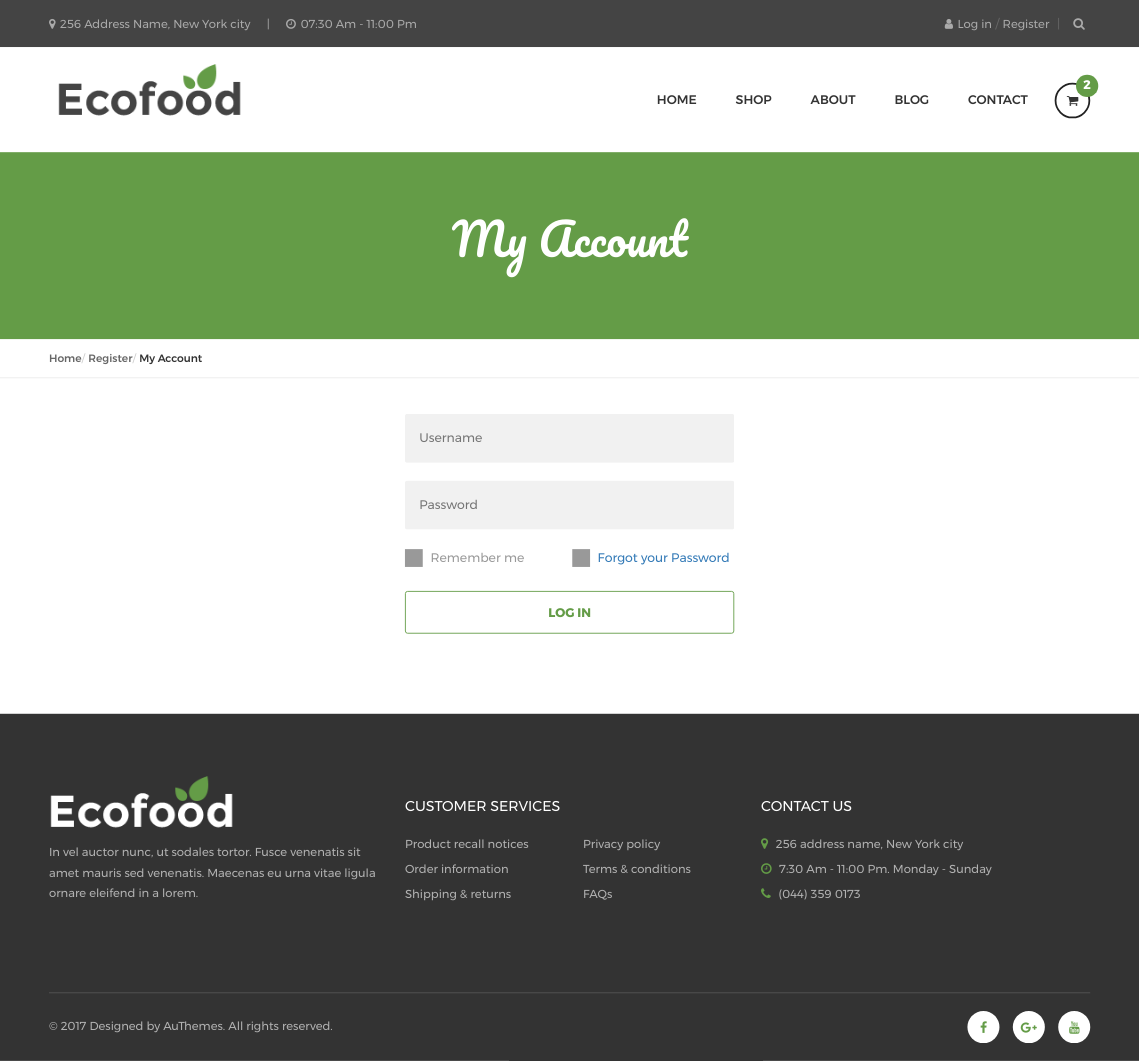
Repository: riteshyadav7878/ecofood
Page: http://localhost/login.php
These files come from the project's save history. The page is drawn as it stood at one moment and after the next save; the edit follows.
The browser window is 1280 px wide. The pictures show the whole page, at 89% of full size.
The page is run by PHP 8.4 with error messages shown; the project is at /var/www/html/. Other server files are loaded and not shown.

Above is the page before, as saved 2024-09-09 18:03:34.

### login.php
<?php
session_start();

include 'conn.php';
// If the user is already logged in, redirect them to the protected page
if (isset($_SESSION['username'])) {
    header("Location: shop-list-without-sidebar.php");
    exit();
}



// Handling form submission
if ($_SERVER["REQUEST_METHOD"] == "POST") {
    // Get form data
    $username = $conn->real_escape_string(trim($_POST['username']));
    $password = $conn->real_escape_string(trim($_POST['password']));

    // SQL query to check if the user exists
    $sql = "SELECT * FROM user WHERE username = '$username'";
    $result = $conn->query($sql);

    if ($result->num_rows > 0) {
        // Fetch user data
        $user = $result->fetch_assoc();

        // Verify password
        if (password_verify($password, $user['password'])) {
            // Set session variables
            $_SESSION['username'] = $user['username'];
            $_SESSION['user_id'] = $user['id'];

            // Redirect to a protected page (e.g., dashboard)
            header("Location: shop-list-without-sidebar.php");
            exit();
        } else {
            echo "Invalid username or password.";
        }
    } else {
        echo "Invalid username or password.";
    }
}

// Close connection
$conn->close();
?>

 <!DOCTYPE html>
<html class="no-js" lang="en">
<head>
    <meta charset="UTF-8">
    <title>Login - Ecofood HTML5 Templates</title>
    <meta name="description" content="Ecofood theme template">
    <meta name="author" content="AuCreative">
    <meta name="keywords" content="Ecofood theme template">
    <meta name="viewport" content="width=device-width, initial-scale=1">

    <link href="fonts/fonts.css" rel="stylesheet">
    <link href="vendor/font-awesome/css/font-awesome.min.css" rel="stylesheet">
    <link href="vendor/bootstrap/dist/css/bootstrap.min.css" rel="stylesheet">
    <link href="vendor/css-hamburgers/dist/hamburgers.min.css" rel="stylesheet">
    <link href="vendor/malihu-custom-scrollbar-plugin/jquery.mCustomScrollbar.css" rel="stylesheet">
    <link href="vendor/animate.css/animate.min.css" rel="stylesheet">
    <link href="css/main.css" rel="stylesheet">
    <link href="css/switcher.css" rel="stylesheet">
    <link href="css/colors/green.css" rel="stylesheet" id="colors">
    <link href="css/retina.css" rel="stylesheet">
    <link rel="shortcut icon" href="favicon.png">
    <link rel="apple-touch-icon" href="apple-touch-icon.png">
    <link rel="apple-touch-icon" sizes="72x72" href="apple-touch-icon-72x72.png">
    <link rel="apple-touch-icon" sizes="114x114" href="apple-touch-icon-114x114.png">
    <script src="js/modernizr-custom.js"></script>
</head>
<body>
    <div class="page-loader">
        <div class="loader"></div>
    </div>
    <div id="switcher">
        <!-- Switcher content here -->
    </div>
    <header>

<!--    Navbar -->



<div class="section dark-background">
<div class="container">
<div class="header-2">
<div class="header-left">
<p>
<i class="fa fa-map-marker"></i>256 Address Name, New York city
<span>|</span>
<i class="fa fa-clock-o"></i>07:30 Am - 11:00 Pm</p>
</div>
<div class="header-right">
<div class="header-login">
<a href="login.php">
<i class="fa fa-user"></i>Log in</a>
<span>/</span>
<a href="register.php">Register</a>

</div>
<span class="divider">|</span>
<div class="header-search">
<button class="fa fa-search"></button>
<div class="search-box">
<input type="text" placeholder="Search..." />
</div>
</div>
</div>
</div>
</div>
</div>

</header>

    <?php include 'Navbar.php'; ?>

    <section>
        <div class="section primary-color-background">
            <div class="container">
                <div class="p-t-70 p-b-85">
                    <div class="heading-page-1">
                        <h3>My Account</h3>
                    </div>
                </div>
            </div>
        </div>
        <div class="section border-bottom-grey">
            <div class="container">
                <div class="breadcrumb-1">
                    <ul>
                        <li><a href="index.php">Home</a></li>
                        <li><a href="register.php">Register</a></li>
                        <li><a href="login.php">My Account</a></li>

                    </ul>
                </div>
            </div>
        </div>
    </section>

    <div class="page-content p-t-40 p-b-90">
        <div class="container">
            <div class="row">
                <div class="col-md-4 col-md-push-4">
                    <div class="register-1 login-1">
                    <form class="theme-form" method="POST" action="login.php">
                        <input class="theme-input-text" type="text" name="username" placeholder="Username" required />
                        <input class="theme-input-text" type="password" name="password" placeholder="Password" required />
                        <div class="theme-checkbox">
                            <div class="item theme-input-chk">
                                <input type="checkbox" id="remember-me" name="remember-me" />
                                <label for="remember-me"></label>
                                <span>Remember me</span>
                            </div>
                            <div class="item theme-input-chk">
                                <input type="checkbox" id="forgot-password" />
                                <label for="forgot-password"></label>
                                <span><a href="forgot_password.php">Forgot your Password</a></span>
                            </div>
                        </div>
                        <button class="au-btn au-btn-border au-btn-radius btn-block btn-submit" type="submit">LOG IN</button>
                    </form>

                    </div>
                </div>
            </div>
        </div>
    </div>

    <?php include 'Footer.php'; ?>

    <div id="up-to-top">
        <i class="fa fa-angle-up"></i>
    </div>

    <script src="vendor/jquery/dist/jquery.min.js"></script>
    <script src="vendor/bootstrap/dist/js/bootstrap.min.js"></script>
    <script src="vendor/retinajs/dist/retina.min.js"></script>
    <script src="vendor/SmoothScroll/SmoothScroll.js"></script>
    <script src="js/switcher-custom.js"></script>
    <script src="js/owl-custom.js"></script>
    <script src="js/main.js"></script>
</body>
</html>

### conn.php
<?php
$servername = "localhost";  // Replace with your server details
$username = "root";         // Replace with your database username
$password = "";             // Replace with your database password
$dbname = "ecofood";  // Replace with your database name

// Create connection
$conn = new mysqli($servername, $username, $password, $dbname);

// Check connection
if ($conn->connect_error) {
    die("Connection failed: " . $conn->connect_error);
}
// echo "Connected successfully";
?>

### Footer.php
<footer>

<div class="footer-1 footer-2">
<div class="container">
<div class="row">
<div class="col-md-4 col-sm-4">
<div class="footer-introduce">
<div class="footer-logo">
<img src="images/icons/ic-logo-02.png" alt="logo ecofood" />
</div>
<div class="footer-intro">
<p>In vel auctor nunc, ut sodales tortor. Fusce venenatis sit amet mauris sed venenatis. Maecenas eu urna vitae ligula ornare eleifend in a lorem.</p>
</div>
</div>
</div>
<div class="col-md-4 col-sm-4">
<div class="footer-services">
<div class="footer-heading">
<h3>CUSTOMER SERVICES</h3>
</div>
<div class="row">
<div class="col-md-6">
<ul>
<li>
<a href="#">Product recall notices</a>
</li>
<li>
<a href="#">Order information</a>
</li>
<li>
<a href="#">Shipping & returns</a>
</li>
</ul>
</div>
<div class="col-md-6">
<ul>
<li>
<a href="#">Privacy policy</a>
</li>
<li>
<a href="#">Terms & conditions</a>
</li>
<li>
<a href="#">FAQs</a>
</li>
</ul>
</div>
</div>
</div>
</div>
<div class="col-md-4 col-sm-4">
<div class="footer-contact">
<div class="footer-heading">
<h3>CONTACT US</h3>
</div>
<ul>
<li>
<i class="fa fa-map-marker"></i>
<span>256 address name, New York city</span>
</li>
<li>
<i class="fa fa-clock-o"></i>
<span>7:30 Am - 11:00 Pm. Monday - Sunday</span>
</li>
<li>
<i class="fa fa-phone"></i>
<span>(044) 359 0173</span>
</li>
</ul>
</div>
</div>
</div>
<div class="footer-bottom">
<div class="footer-copyright">
<p>© 2017 Designed by AuThemes. All rights reserved.</p>
</div>
<ul class="footer-socials">
<li>
<a class="fa fa-facebook" href="#"></a>
</li>
<li>
<a class="fa fa-google-plus" href="#"></a>
</li>
<li>
<a class="fa fa-youtube" href="#"></a>
</li>
</ul>
</div>
</div>
</div>

</footer>

### css/retina.css
@media all and (-webkit-min-device-pixel-ratio:1.5){}

Loaded but not shown: css/main.css (library); css/colors/green.css (library); js/modernizr-custom.js (library); js/main.js (8 lines, source omitted); js/owl-custom.js (2 lines, source omitted); js/revo-slider-custom.js (2 lines, source omitted); js/switcher-custom.js (1 lines, source omitted); Navbar.php (178 lines, source omitted); css/switcher.css (1 lines, source omitted); fonts/fonts.css (1 lines, source omitted)

After the next save:
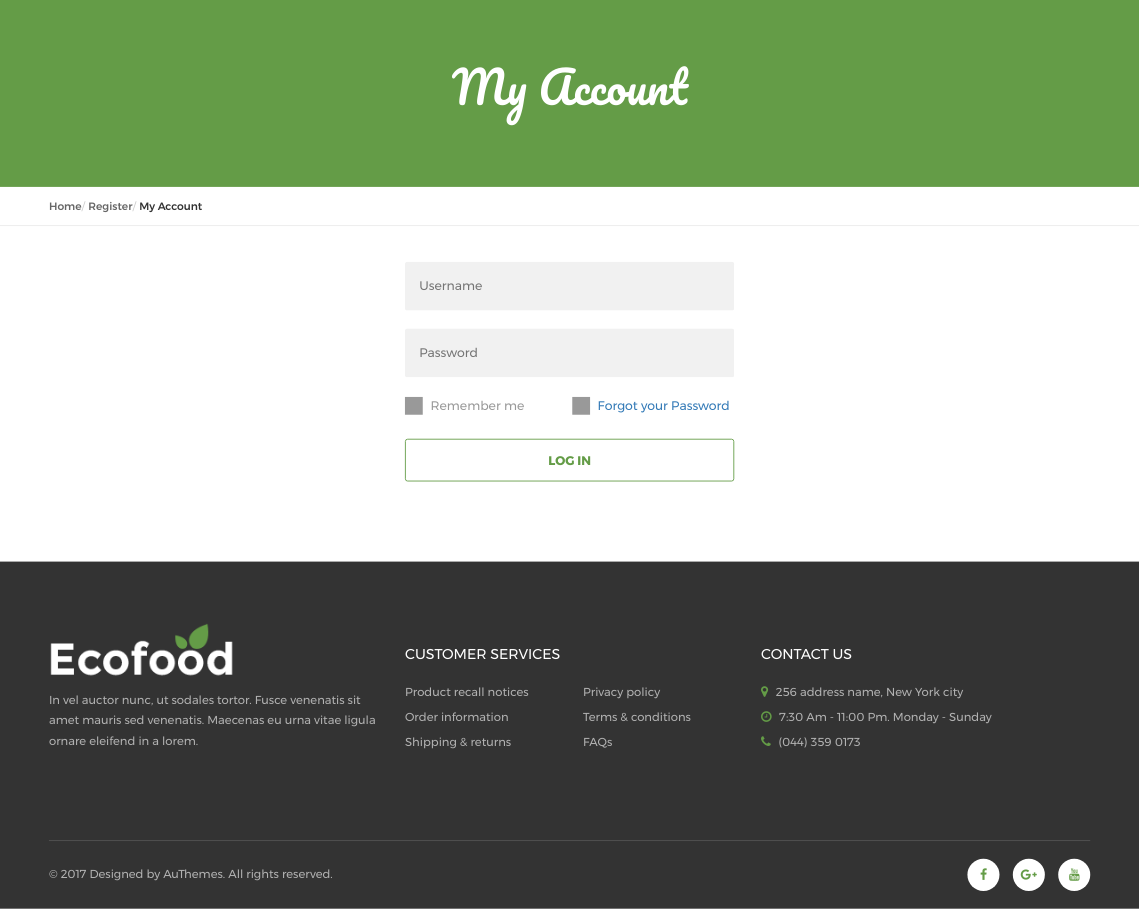
Saved 10 min 59 s later.
--- a/login.php
+++ b/login.php
@@ -7,8 +7,6 @@
     header("Location: shop-list-without-sidebar.php");
     exit();
 }
-
-
 
 // Handling form submission
 if ($_SERVER["REQUEST_METHOD"] == "POST") {
@@ -45,7 +43,7 @@
 $conn->close();
 ?>
 
- <!DOCTYPE html>
+<!DOCTYPE html>
 <html class="no-js" lang="en">
 <head>
     <meta charset="UTF-8">
@@ -79,41 +77,8 @@
         <!-- Switcher content here -->
     </div>
     <header>
-
-<!--    Navbar -->
-
-
-
-<div class="section dark-background">
-<div class="container">
-<div class="header-2">
-<div class="header-left">
-<p>
-<i class="fa fa-map-marker"></i>256 Address Name, New York city
-<span>|</span>
-<i class="fa fa-clock-o"></i>07:30 Am - 11:00 Pm</p>
-</div>
-<div class="header-right">
-<div class="header-login">
-<a href="login.php">
-<i class="fa fa-user"></i>Log in</a>
-<span>/</span>
-<a href="register.php">Register</a>
-
-</div>
-<span class="divider">|</span>
-<div class="header-search">
-<button class="fa fa-search"></button>
-<div class="search-box">
-<input type="text" placeholder="Search..." />
-</div>
-</div>
-</div>
-</div>
-</div>
-</div>
-
-</header>
+        <!-- Navbar -->
+    </header>
 
     <?php include 'Navbar.php'; ?>
 
@@ -134,7 +99,6 @@
                         <li><a href="index.php">Home</a></li>
                         <li><a href="register.php">Register</a></li>
                         <li><a href="login.php">My Account</a></li>
-
                     </ul>
                 </div>
             </div>
@@ -146,23 +110,23 @@
             <div class="row">
                 <div class="col-md-4 col-md-push-4">
                     <div class="register-1 login-1">
-                    <form class="theme-form" method="POST" action="login.php">
-                        <input class="theme-input-text" type="text" name="username" placeholder="Username" required />
-                        <input class="theme-input-text" type="password" name="password" placeholder="Password" required />
-                        <div class="theme-checkbox">
-                            <div class="item theme-input-chk">
-                                <input type="checkbox" id="remember-me" name="remember-me" />
-                                <label for="remember-me"></label>
-                                <span>Remember me</span>
+                        <form class="theme-form" method="POST" action="login.php" onsubmit="return validateForm()">
+                            <input id="username" class="theme-input-text" type="text" name="username" placeholder="Username" required />
+                            <input id="password" class="theme-input-text" type="password" name="password" placeholder="Password" required />
+                            <div class="theme-checkbox">
+                                <div class="item theme-input-chk">
+                                    <input type="checkbox" id="remember-me" name="remember-me" />
+                                    <label for="remember-me"></label>
+                                    <span>Remember me</span>
+                                </div>
+                                <div class="item theme-input-chk">
+                                    <input type="checkbox" id="forgot-password" />
+                                    <label for="forgot-password"></label>
+                                    <span><a href="forgot_password.php">Forgot your Password</a></span>
+                                </div>
                             </div>
-                            <div class="item theme-input-chk">
-                                <input type="checkbox" id="forgot-password" />
-                                <label for="forgot-password"></label>
-                                <span><a href="forgot_password.php">Forgot your Password</a></span>
-                            </div>
-                        </div>
-                        <button class="au-btn au-btn-border au-btn-radius btn-block btn-submit" type="submit">LOG IN</button>
-                    </form>
+                            <button class="au-btn au-btn-border au-btn-radius btn-block btn-submit" type="submit">LOG IN</button>
+                        </form>
 
                     </div>
                 </div>
@@ -183,5 +147,33 @@
     <script src="js/switcher-custom.js"></script>
     <script src="js/owl-custom.js"></script>
     <script src="js/main.js"></script>
+
+    <script>
+        function validateForm() {
+            var isValid = true;
+
+            // Get input fields
+            var username = document.getElementById("username");
+            var password = document.getElementById("password");
+
+            // Reset any previous error styling
+            username.style.borderColor = "";
+            password.style.borderColor = "";
+
+            // Validate username
+            if (username.value.trim() === "") {
+                username.style.borderColor = "red";
+                isValid = false;
+            }
+
+            // Validate password
+            if (password.value.trim() === "") {
+                password.style.borderColor = "red";
+                isValid = false;
+            }
+
+            return isValid;
+        }
+    </script>
 </body>
 </html>

After the save that followed:
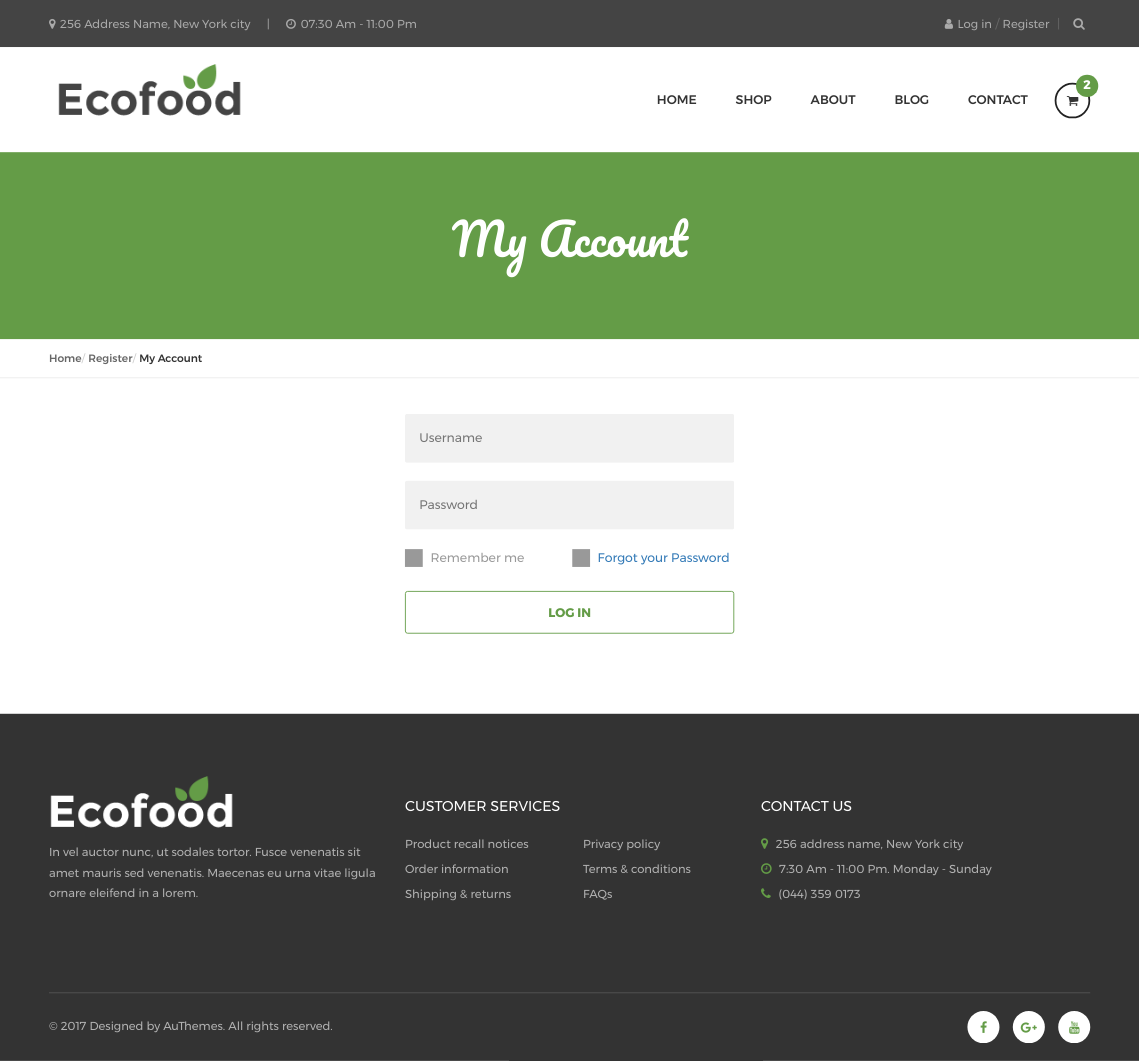
Saved 31 s later.
--- a/login.php
+++ b/login.php
@@ -7,6 +7,8 @@
     header("Location: shop-list-without-sidebar.php");
     exit();
 }
+
+
 
 // Handling form submission
 if ($_SERVER["REQUEST_METHOD"] == "POST") {
@@ -43,7 +45,7 @@
 $conn->close();
 ?>
 
-<!DOCTYPE html>
+ <!DOCTYPE html>
 <html class="no-js" lang="en">
 <head>
     <meta charset="UTF-8">
@@ -77,8 +79,41 @@
         <!-- Switcher content here -->
     </div>
     <header>
-        <!-- Navbar -->
-    </header>
+
+<!--    Navbar -->
+
+
+
+<div class="section dark-background">
+<div class="container">
+<div class="header-2">
+<div class="header-left">
+<p>
+<i class="fa fa-map-marker"></i>256 Address Name, New York city
+<span>|</span>
+<i class="fa fa-clock-o"></i>07:30 Am - 11:00 Pm</p>
+</div>
+<div class="header-right">
+<div class="header-login">
+<a href="login.php">
+<i class="fa fa-user"></i>Log in</a>
+<span>/</span>
+<a href="register.php">Register</a>
+
+</div>
+<span class="divider">|</span>
+<div class="header-search">
+<button class="fa fa-search"></button>
+<div class="search-box">
+<input type="text" placeholder="Search..." />
+</div>
+</div>
+</div>
+</div>
+</div>
+</div>
+
+</header>
 
     <?php include 'Navbar.php'; ?>
 
@@ -99,6 +134,7 @@
                         <li><a href="index.php">Home</a></li>
                         <li><a href="register.php">Register</a></li>
                         <li><a href="login.php">My Account</a></li>
+
                     </ul>
                 </div>
             </div>
@@ -110,23 +146,23 @@
             <div class="row">
                 <div class="col-md-4 col-md-push-4">
                     <div class="register-1 login-1">
-                        <form class="theme-form" method="POST" action="login.php" onsubmit="return validateForm()">
-                            <input id="username" class="theme-input-text" type="text" name="username" placeholder="Username" required />
-                            <input id="password" class="theme-input-text" type="password" name="password" placeholder="Password" required />
-                            <div class="theme-checkbox">
-                                <div class="item theme-input-chk">
-                                    <input type="checkbox" id="remember-me" name="remember-me" />
-                                    <label for="remember-me"></label>
-                                    <span>Remember me</span>
-                                </div>
-                                <div class="item theme-input-chk">
-                                    <input type="checkbox" id="forgot-password" />
-                                    <label for="forgot-password"></label>
-                                    <span><a href="forgot_password.php">Forgot your Password</a></span>
-                                </div>
+                    <form class="theme-form" method="POST" action="login.php">
+                        <input class="theme-input-text" type="text" name="username" placeholder="Username" required />
+                        <input class="theme-input-text" type="password" name="password" placeholder="Password" required />
+                        <div class="theme-checkbox">
+                            <div class="item theme-input-chk">
+                                <input type="checkbox" id="remember-me" name="remember-me" />
+                                <label for="remember-me"></label>
+                                <span>Remember me</span>
                             </div>
-                            <button class="au-btn au-btn-border au-btn-radius btn-block btn-submit" type="submit">LOG IN</button>
-                        </form>
+                            <div class="item theme-input-chk">
+                                <input type="checkbox" id="forgot-password" />
+                                <label for="forgot-password"></label>
+                                <span><a href="forgot_password.php">Forgot your Password</a></span>
+                            </div>
+                        </div>
+                        <button class="au-btn au-btn-border au-btn-radius btn-block btn-submit" type="submit">LOG IN</button>
+                    </form>
 
                     </div>
                 </div>
@@ -147,33 +183,5 @@
     <script src="js/switcher-custom.js"></script>
     <script src="js/owl-custom.js"></script>
     <script src="js/main.js"></script>
-
-    <script>
-        function validateForm() {
-            var isValid = true;
-
-            // Get input fields
-            var username = document.getElementById("username");
-            var password = document.getElementById("password");
-
-            // Reset any previous error styling
-            username.style.borderColor = "";
-            password.style.borderColor = "";
-
-            // Validate username
-            if (username.value.trim() === "") {
-                username.style.borderColor = "red";
-                isValid = false;
-            }
-
-            // Validate password
-            if (password.value.trim() === "") {
-                password.style.borderColor = "red";
-                isValid = false;
-            }
-
-            return isValid;
-        }
-    </script>
 </body>
 </html>
